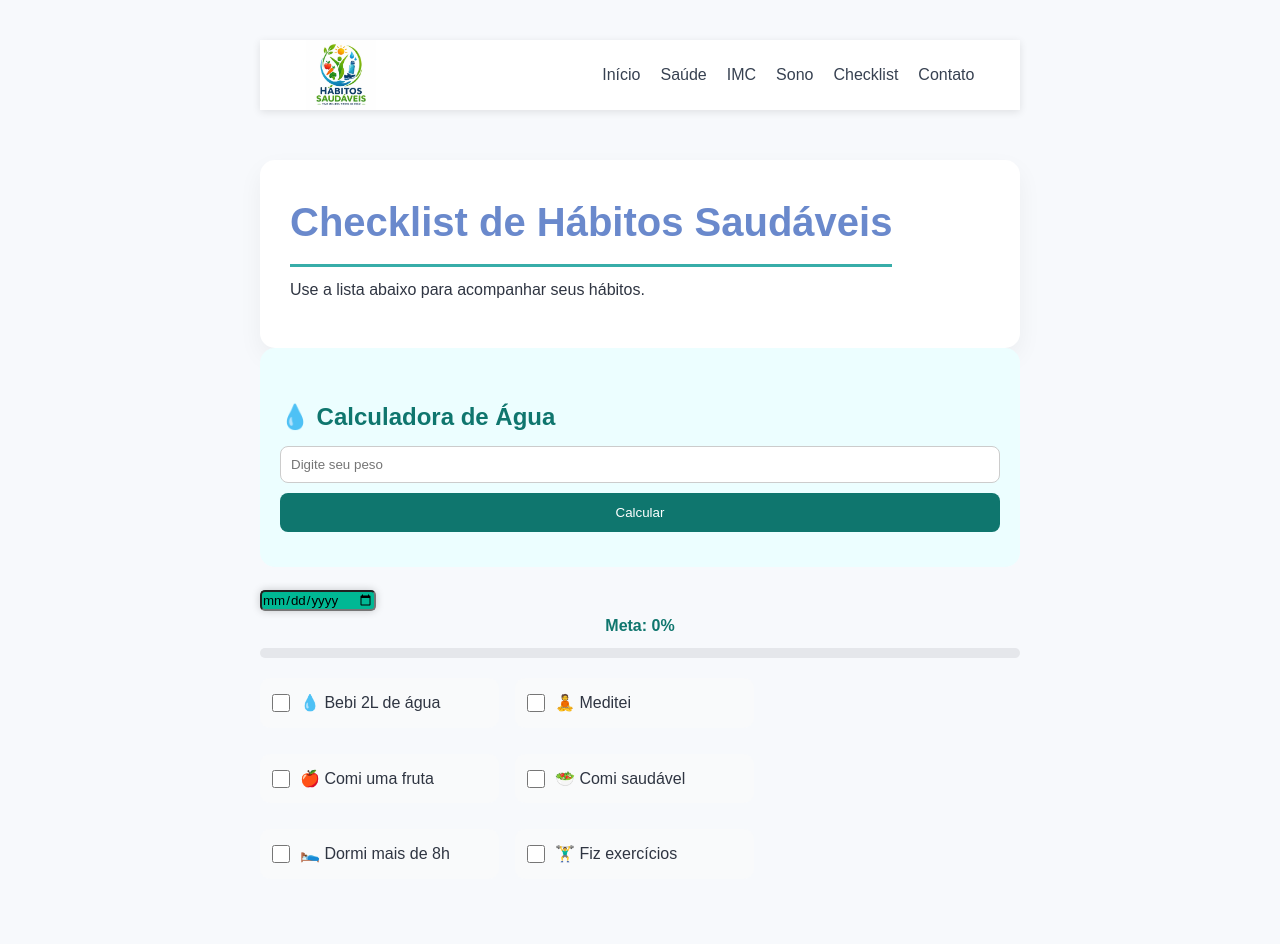
Repository: habitos2026/projetointegrador2026
Page: checklist.html
The author's editor kept a copy of each file at every save. The page is drawn from the files as they stood at one save, then again after the next save.
The browser window is 1280 px wide. The pictures show the whole page.
The pointer rests on the first visible `.data`.

Above is the page before, as saved 2026-06-06 14:27:03.

After the next save:
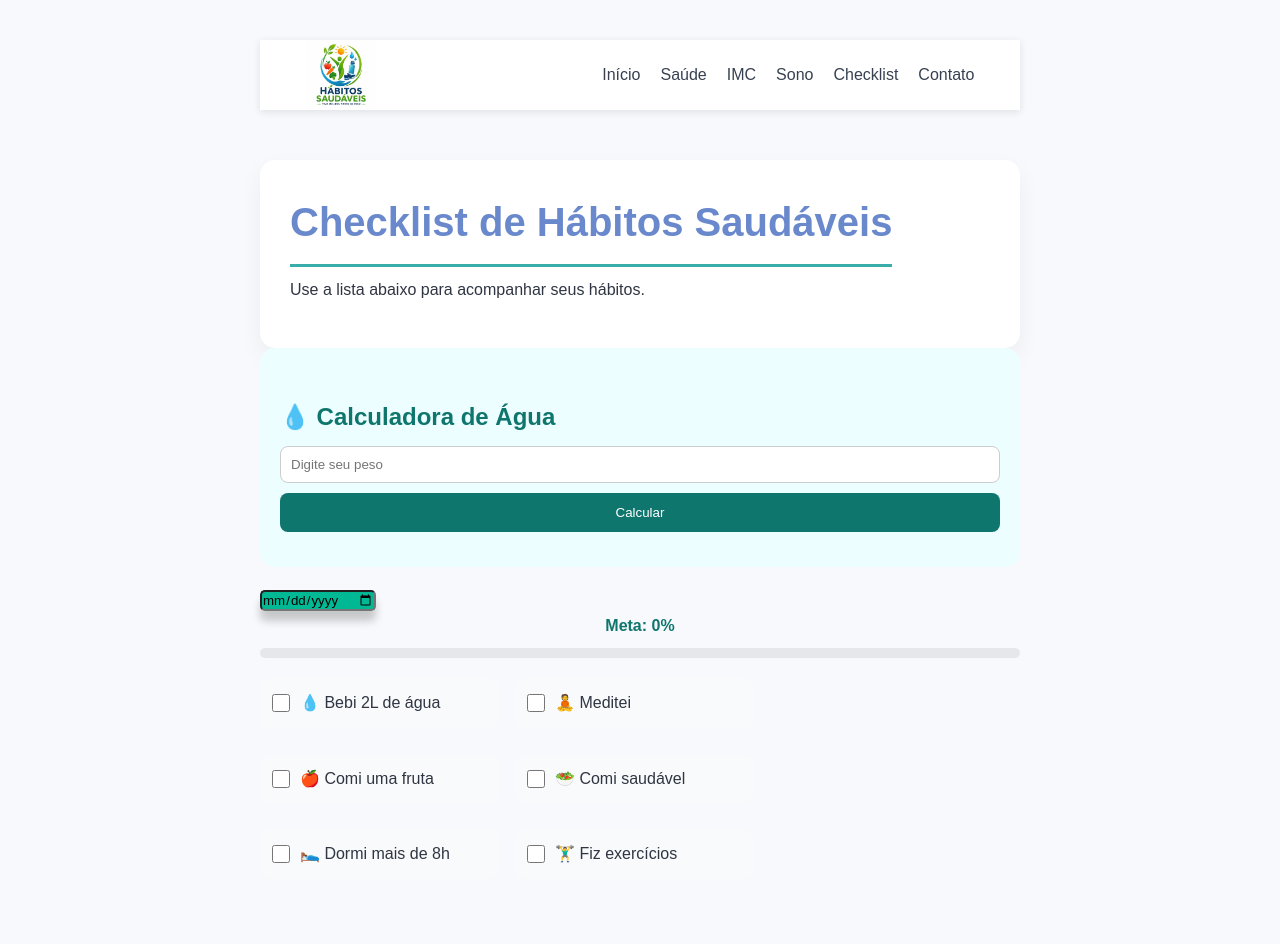
Saved 7 s later.
--- a/checklist.html
+++ b/checklist.html
@@ -164,7 +164,7 @@
 .data:hover{
     cursor: pointer;
     background: #00b894;
-    box-shadow: 0 0 8px rgba(0, 0, 0, 0.2);
+    box-shadow: 0 10px 8px rgba(0, 0, 0, 0.2);
 }
 
 </style>
